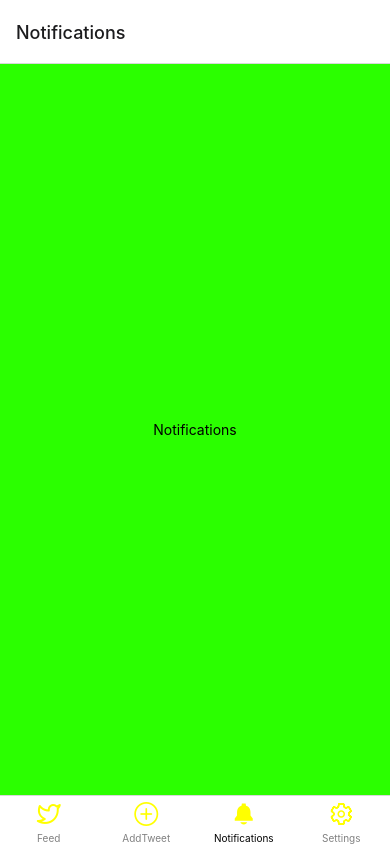
Repository: Deyvid-Kasteh/ReactNativeNavigationTraining
Screen: /Notifications
An editor plug-in stored every save of this project. The screen is shown before and after the next save, followed by the edit.
The app was drawn by React Native's web renderer in a window 390 px wide. The project was rebuilt for these pictures with package versions that can differ from the ones it lists, and the page was loaded fresh each time. Also part of the build but not shown: screens/BottomTab/AddTweet.js, screens/BottomTab/Settings.js.

Above is the screen before, as saved 2023-08-03 15:45:28.

After the next save:
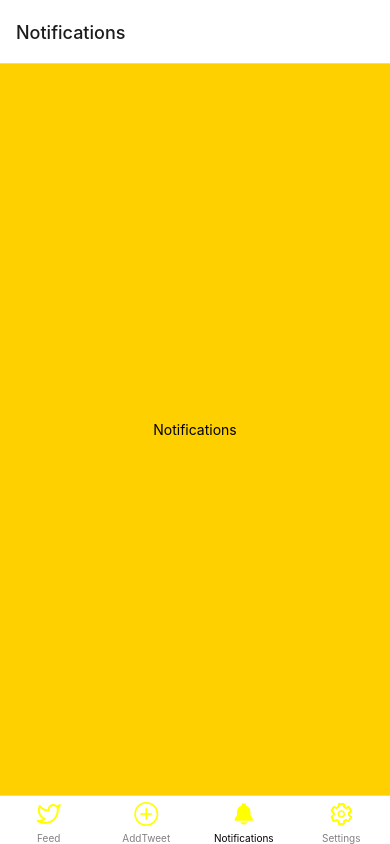
Saved 9 s later.
--- a/screens/BottomTab/Notifications.js
+++ b/screens/BottomTab/Notifications.js
@@ -14,7 +14,7 @@
 const styles = StyleSheet.create({
   container: {
     flex: 1,
-    backgroundColor: "#2bff00",
+    backgroundColor: "#ffd000",
     justifyContent: "center",
     alignItems: "center",
   },
